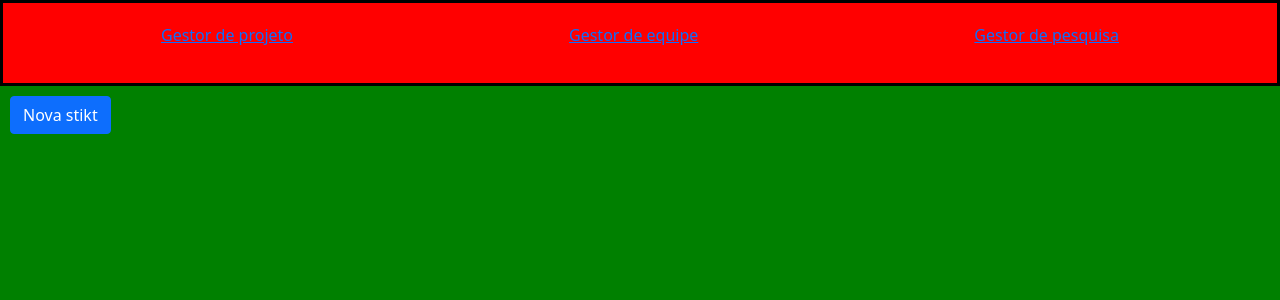
Repository: shadowruge/kanban
Page: index.html
These files come from the project's save history. The page is drawn as it stood at one moment and after a run of saves; the edit follows.
The browser window is 1280 px wide. The pictures show the whole page.

Above is the page before, as saved 2021-06-12 19:05:23.

### index.html
<!DOCTYPE html>
<html lang="en">
  <head>
    <meta charset="UTF-8" />
    <meta http-equiv="X-UA-Compatible" content="IE=edge" />
    <meta name="viewport" content="width=device-width, initial-scale=1.0" />
    <script src="https://cdn.jsdelivr.net/npm/@popperjs/core@2.9.2/dist/umd/popper.min.js" integrity="sha384-IQsoLXl5PILFhosVNubq5LC7Qb9DXgDA9i+tQ8Zj3iwWAwPtgFTxbJ8NT4GN1R8p" crossorigin="anonymous"></script>
<script src="https://cdn.jsdelivr.net/npm/bootstrap@5.0.1/dist/js/bootstrap.min.js" integrity="sha384-Atwg2Pkwv9vp0ygtn1JAojH0nYbwNJLPhwyoVbhoPwBhjQPR5VtM2+xf0Uwh9KtT" crossorigin="anonymous"></script>

    <script src="https://cdn.jsdelivr.net/npm/bootstrap@5.0.1/dist/js/bootstrap.bundle.min.js" integrity="sha384-gtEjrD/SeCtmISkJkNUaaKMoLD0//ElJ19smozuHV6z3Iehds+3Ulb9Bn9Plx0x4" crossorigin="anonymous"></script>
    <link href="https://cdn.jsdelivr.net/npm/bootstrap@5.0.1/dist/css/bootstrap.min.css" rel="stylesheet" integrity="sha384-+0n0xVW2eSR5OomGNYDnhzAbDsOXxcvSN1TPprVMTNDbiYZCxYbOOl7+AMvyTG2x" crossorigin="anonymous">
    <link rel="stylesheet" href="style.css" />
    <script src="index.js"></script>
    <title id="Description">Shadow Kanban</title>
  </head>
  <body>
    <header>
      <nav class="nav">
        <p><a href="#">Gestor de projeto</a></p>
        <p><a href="#">Gestor de equipe</a></p>
        <p><a href="#">Gestor de pesquisa</a></p>
      </nav>
    </header>
    <!--botão-->
    <button type="button" class="btn btn-primary">Nova stikt</button>


<div class="Linha" style="width:600px;">
<!-- RECEBE DIVS DINAMICAS -->
</div>
  </body>
  <script>

  </script>
</html>

### style.css
* {
  margin: 0;
  padding: 0;
  border: 0;
}

body {
  background-color: green;
}

#kanban {
  width: 97%;
  color: white;
  text-align: center;
  display: flex;
  flex-wrap: wrap;
}

.nav {
  border: 3px solid black;
  padding: 20px;
  color: white;
  background-color: red;
  display: flex;
  justify-content: space-around;
  flex-wrap: wrap;
}

.ideias,
.pesquisa,
.progresso,
.testes,
.pronto {
  margin-top: 5px;
  margin-left: auto;
}

.membros,
.membros-lideres {
  margin-left: 150px;
}

.d-flex {
  display: flex !important;
}

.flex-column {
  flex-direction: column !important;
}

.board {
  padding: 20px;
}

.board-column {
  margin-left: 20px;
}

.column-body {
  margin-top: 2em;
}

.card textarea {
  resize: none;
}

.sticker {
  width: 180px;
  height: 180px;
  }

  button {
  margin-top: 10px;
  margin-left: 10px;
  }

### index.js
function dragStartHandler(ev) {
  ev.dataTransfer.setData("application/my-app", ev.target.id);
  ev.dataTransfer.effectAllowed = "move";
}

function dragCardStart(e) {
  console.log(e);
}

function dragOvertHandler(ev) {
  ev.preventDefault();
  ev.dataTransfer.dropEffect = "move";
}

function dropHandler(ev) {
  ev.preventDefault();
  const data = ev.dataTransfer.getData("application/my-app");
  ev.target.appendChild(document.getElementById(data));
}

function handleInputKeys({ key }) {
  switch (key) {
    case "Enter":
      break;

    default:
      break;
  }
}

const onInputClick = (e) => {
  e.preventDefault();
  e.stopPropagation();
  e.target.disabled = false;
  e.target.focus();
};

const onInputLostFocus = (e) => {
  console.log(e);
  e.target.disabled = true;
};

function addNewCard(e) {
  //   console.log(e);
  //   console.log(column);
  //   console.log(body);
  //   console.log(body.children);
  //   console.log(body.children[0].getAttributeNames());
  const [, , , column] = e.path;
  const [, body] = column.children;
  const addButton = body.children[body.children.length - 1];
  const card = document.createElement("div");
  const input = document.createElement("textarea");
  input.cols = 30;
  input.rows = 10;
  input.disabled = true;
  card.appendChild(input);
  card.classList.add("card");
  card.draggable = "true";
  card.addEventListener("click", onInputClick);
  card.addEventListener("focusout", onInputLostFocus);
  card.addEventListener("dragstart", dragCardStart);
  body.removeChild(addButton);
  body.appendChild(card);
  body.appendChild(addButton);
}

After the next 3 saves:
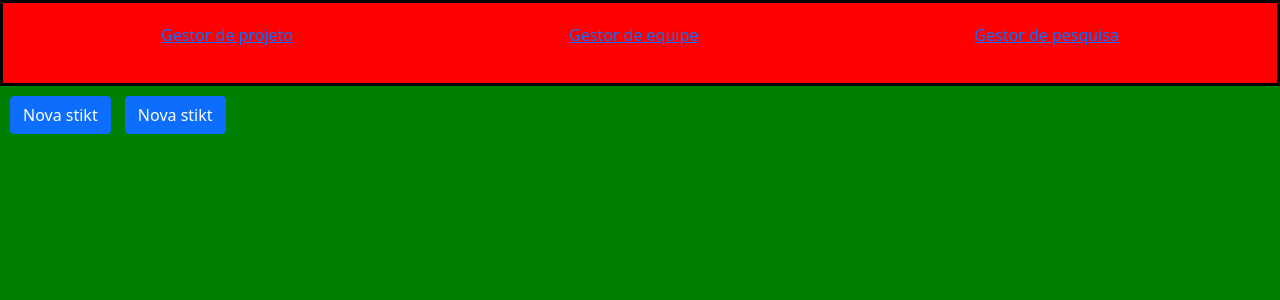
The 3 saves are shown as one change because they came seconds apart.
The last was saved 25 s later.
--- a/index.html
+++ b/index.html
@@ -22,6 +22,9 @@
       </nav>
     </header>
     <!--botão-->
+
+    <button type="button" class="btn btn-primary">Nova stikt</button>
+
     <button type="button" class="btn btn-primary">Nova stikt</button>
 
 
